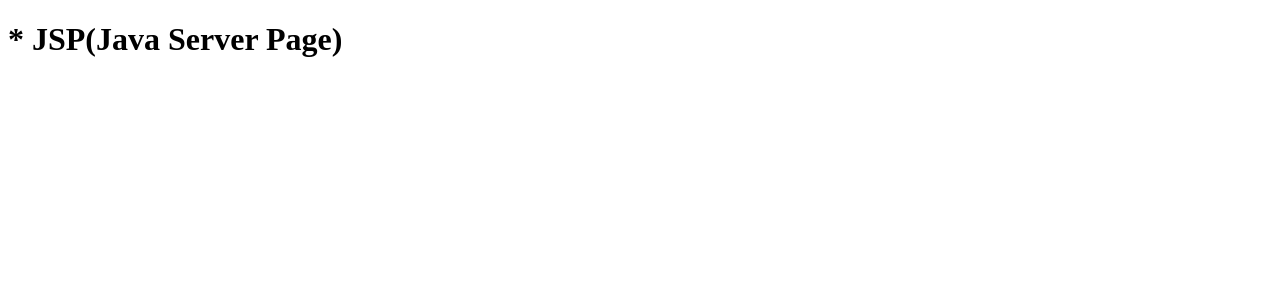
Repository: BrianH29/BH_webserver_workspace1
Page: webserver_workspace1/2_JSP/WebContent/index.html
These files come from the project's save history. The page is drawn as it stood at one moment and after the next save; the edit follows.
The browser window is 1280 px wide. The pictures show the whole page.

Above is the page before, as saved 2020-08-31 00:51:07.

### webserver_workspace1/2_JSP/WebContent/index.html
<!DOCTYPE html>
<html>
<head>
<meta charset="UTF-8">
<title>Insert title here</title>
</head>
<body>

	<h1>* JSP(Java Server Page)</h1>

</body>
</html>

After the next save:
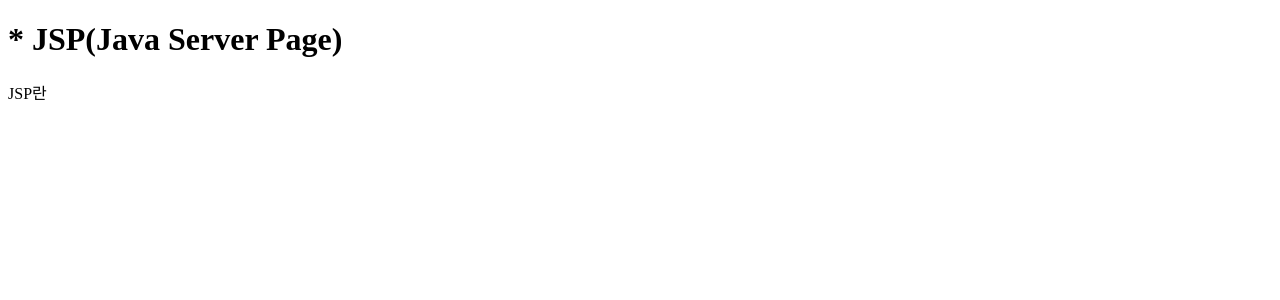
Saved 15 min 50 s later.
--- a/webserver_workspace1/2_JSP/WebContent/index.html
+++ b/webserver_workspace1/2_JSP/WebContent/index.html
@@ -8,5 +8,9 @@
 
 	<h1>* JSP(Java Server Page)</h1>
 
+	<p>
+		JSP란
+	</p>
+
 </body>
 </html>
